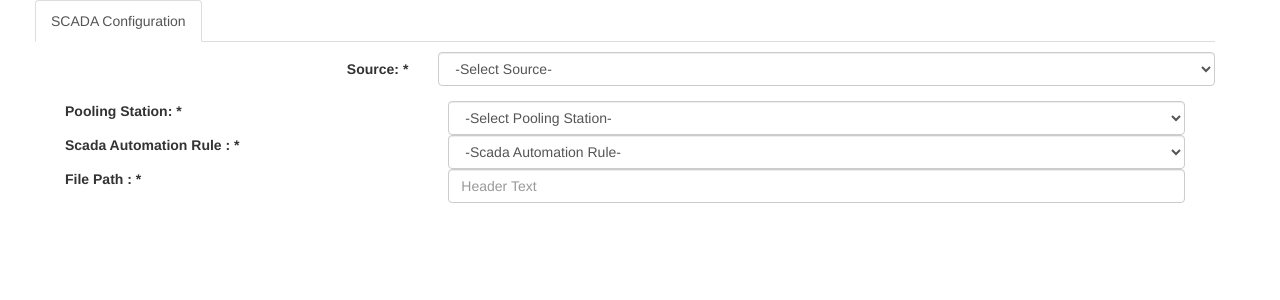
Repository: ashishNautiyal/microservices
Page: http://localhost/new-re-1/WEB-INF/jsp/scadaConfig.jsp
The author's editor kept a copy of each file at every save. The page is drawn from the files as they stood at one save, then again after a run of saves.
The browser window is 1280 px wide. The pictures show the whole page.
The page is served by Tomcat 9. Nobody is signed in. The template is opened directly, without the code that normally fills it, so the values that code supplies are empty.

Above is the page before, as saved 2019-11-04 05:21:35.

After the next 2 saves:
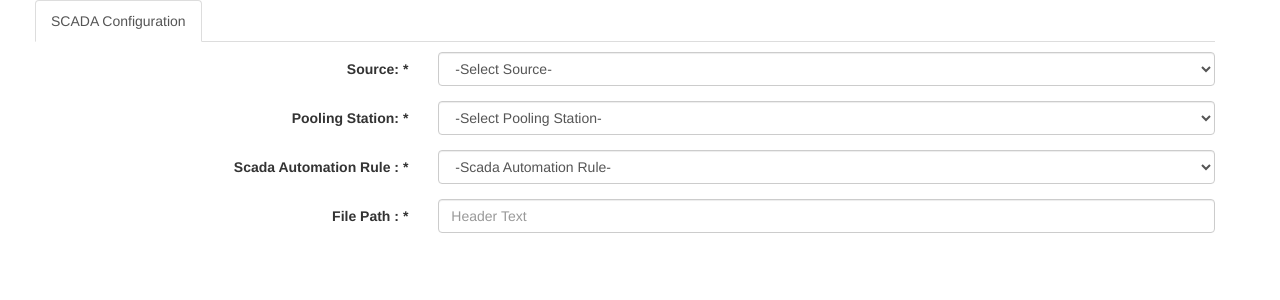
The 2 saves are shown as one change because they came seconds apart.
The last was saved 55 s later.
--- a/microservice-poc/new-re-1/src/main/webapp/WEB-INF/jsp/scadaConfig.jsp
+++ b/microservice-poc/new-re-1/src/main/webapp/WEB-INF/jsp/scadaConfig.jsp
@@ -43,59 +43,59 @@
 														</div>
 													</div>
 												</div>
-											</div>
-										</div>
 
 
 
 
-										<div class="col-sm-12">
-											<div class="form-group ">
-												<label for="poolingStation" class="col-sm-4 control-label">Pooling
-													Station: <span class="required" title="Mandatory">*</span>
-												</label>
-												<div class="col-sm-8">
-													<select class="form-control poolingStation">
-														<option value="">-Select Pooling Station-</option>
+												<div class="col-sm-12">
+													<div class="form-group ">
+														<label for="poolingStation" class="col-sm-4 control-label">Pooling
+															Station: <span class="required" title="Mandatory">*</span>
+														</label>
+														<div class="col-sm-8">
+															<select class="form-control poolingStation">
+																<option value="">-Select Pooling Station-</option>
 
-													</select>
+															</select>
+														</div>
+													</div>
 												</div>
-											</div>
-										</div>
 
 
 
 
 
-										<div class="col-sm-12">
-											<div class="form-group ">
-												<label for="scadaAutomationRule"
-													class="col-sm-4 control-label">Scada Automation
-													Rule : <span class="required" title="Mandatory">*</span>
-												</label>
-												<div class="col-sm-8">
-													<select class="form-control scadaAutomationRule">
-														<option value="">-Scada Automation Rule-</option>
+												<div class="col-sm-12">
+													<div class="form-group ">
+														<label for="scadaAutomationRule"
+															class="col-sm-4 control-label">Scada Automation
+															Rule : <span class="required" title="Mandatory">*</span>
+														</label>
+														<div class="col-sm-8">
+															<select class="form-control scadaAutomationRule">
+																<option value="">-Scada Automation Rule-</option>
 
-													</select>
+															</select>
+														</div>
+													</div>
 												</div>
+
+
+												<div class="col-sm-12">
+													<div class="form-group ">
+														<label for="filePath" class="col-sm-4 control-label">File
+															Path : <span class="required" title="Mandatory">*</span>
+														</label>
+														<div class="col-sm-8">
+															<input type="text" class="form-control headerText"
+																placeholder="Header Text" />
+														</div>
+													</div>
+												</div>
+
+
 											</div>
 										</div>
-
-
-										<div class="col-sm-12">
-											<div class="form-group ">
-												<label for="filePath" class="col-sm-4 control-label">File
-													Path : <span class="required" title="Mandatory">*</span>
-												</label>
-												<div class="col-sm-8">
-													<input type="text" class="form-control headerText"
-														placeholder="Header Text" />
-												</div>
-											</div>
-										</div>
-
-
 
 									</div>
 								</div>
